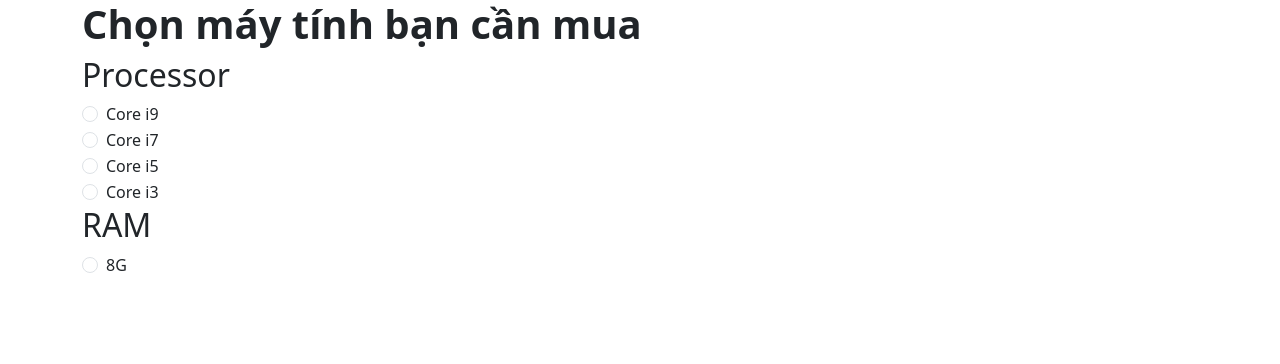
Repository: wuubangdev/bookstore-servlet-jsp
Page: http://localhost/Bai20_JSPCoban_TrangMuaHang/muaMayTinh.jsp
These files come from the project's save history. The page is drawn as it stood at one moment and after the next save; the edit follows.
The browser window is 1280 px wide. The pictures show the whole page.
The page is served by Tomcat 9.

Above is the page before, as saved 2024-03-19 02:49:51.

### Bai20_JSPCoban_TrangMuaHang/src/main/webapp/muaMayTinh.jsp
<%@ page language="java" contentType="text/html; charset=UTF-8"
    pageEncoding="UTF-8"%>
<!DOCTYPE html>
<html>
<head>
<meta charset="UTF-8">
<title>PC</title>
<link href="https://cdn.jsdelivr.net/npm/bootstrap@5.3.3/dist/css/bootstrap.min.css" rel="stylesheet" integrity="sha384-QWTKZyjpPEjISv5WaRU9OFeRpok6YctnYmDr5pNlyT2bRjXh0JMhjY6hW+ALEwIH" crossorigin="anonymous">
<script src="https://cdn.jsdelivr.net/npm/bootstrap@5.3.3/dist/js/bootstrap.bundle.min.js" integrity="sha384-YvpcrYf0tY3lHB60NNkmXc5s9fDVZLESaAA55NDzOxhy9GkcIdslK1eN7N6jIeHz" crossorigin="anonymous"></script>
</head>
<body>
	<div class="container">
		<h1 style="font-weight: bold;">Chọn máy tính bạn cần mua</h1>
		<form id="form-1">
			<h2>Processor</h2>
			<div class="form-check">
			  <input class="form-check-input" type="radio" name="processor" id="corei9">
			  <label class="form-check-label" for="corei9">
			   Core i9
			  </label>
			</div>
			<div class="form-check">
			  <input class="form-check-input" type="radio" name="processor" id="corei7">
			  <label class="form-check-label" for="corei7">
			   Core i7
			  </label>
			</div>
			<div class="form-check">
			  <input class="form-check-input" type="radio" name="processor" id="corei3">
			  <label class="form-check-label" for="corei3">
			   Core i5
			  </label>
			</div>
			<div class="form-check">
			  <input class="form-check-input" type="radio" name="processor" id="corei3">
			  <label class="form-check-label" for="corei3">
			   Core i3
			  </label>
			</div>
			<h2>RAM</h2>
			<div class="form-check">
			  <input class="form-check-input" type="radio" name="ram" id="8G">
			  <label class="form-check-label" for="corei3">
			   8G
			  </label>
			</div>
		</form>
	</div>
</body>
</html>

After the next save:
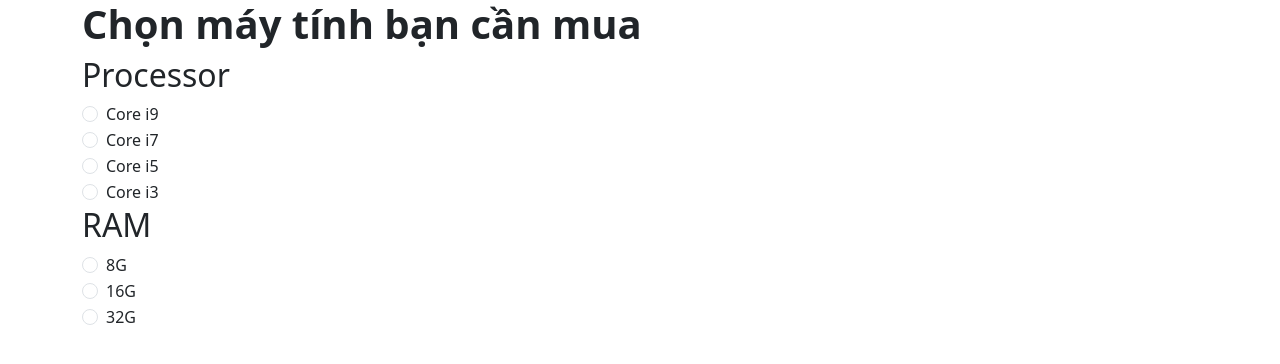
Saved 17 s later.
--- a/Bai20_JSPCoban_TrangMuaHang/src/main/webapp/muaMayTinh.jsp
+++ b/Bai20_JSPCoban_TrangMuaHang/src/main/webapp/muaMayTinh.jsp
@@ -40,8 +40,20 @@
 			<h2>RAM</h2>
 			<div class="form-check">
 			  <input class="form-check-input" type="radio" name="ram" id="8G">
-			  <label class="form-check-label" for="corei3">
+			  <label class="form-check-label" for="8G">
 			   8G
+			  </label>
+			</div>
+			<div class="form-check">
+			  <input class="form-check-input" type="radio" name="ram" id="8G">
+			  <label class="form-check-label" for="8G">
+			   16G
+			  </label>
+			</div>
+			<div class="form-check">
+			  <input class="form-check-input" type="radio" name="ram" id="8G">
+			  <label class="form-check-label" for="8G">
+			   32G
 			  </label>
 			</div>
 		</form>
